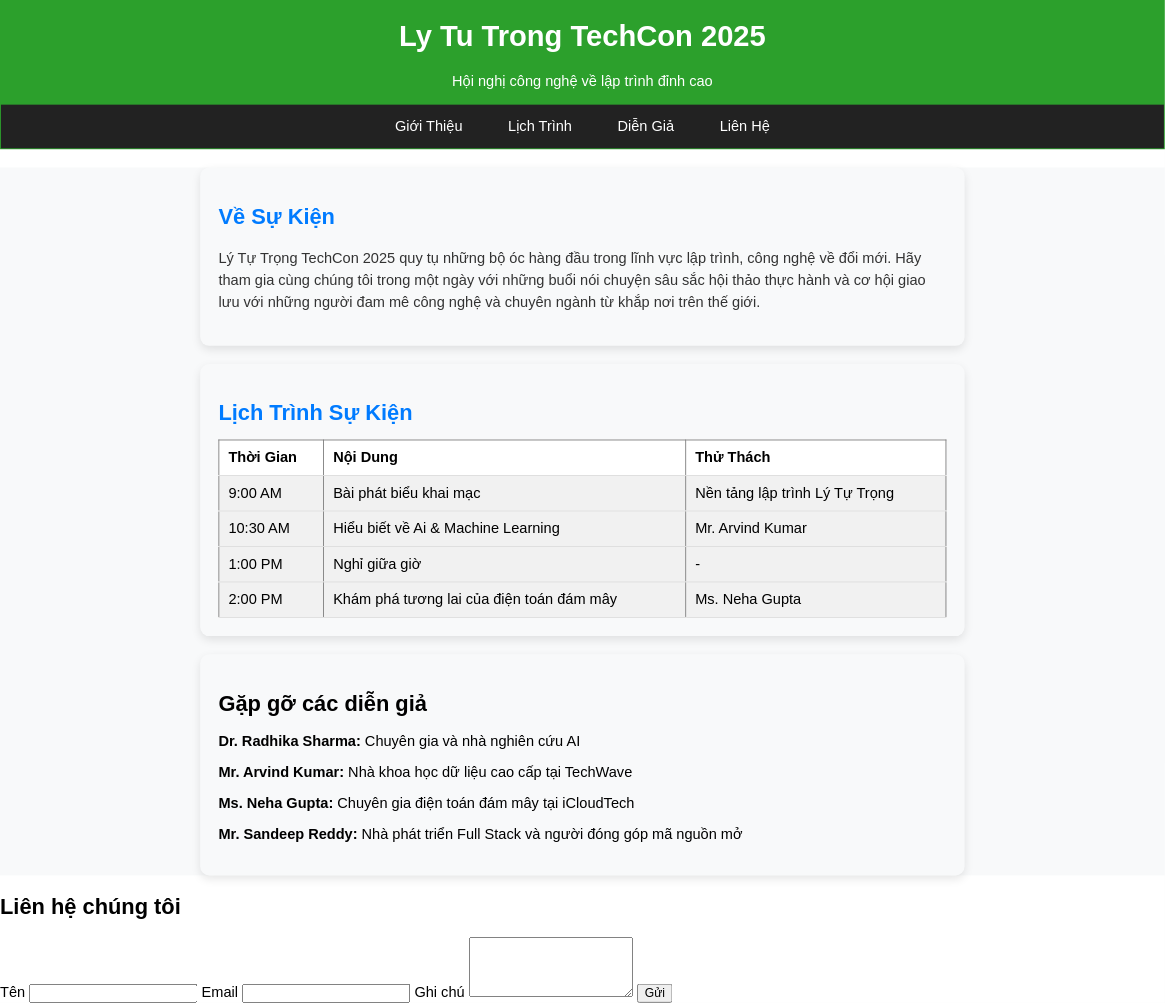
Repository: NhatMinh121/BaiTapVeNha1
Page: index.html
The author's editor kept a copy of each file at every save. The page is drawn from the files as they stood at one save, then again after the next save.
The browser window is 1280 px wide. The pictures show the whole page, at 91% of full size.

Above is the page before, as saved 2025-03-28 23:13:34.

After the next save:
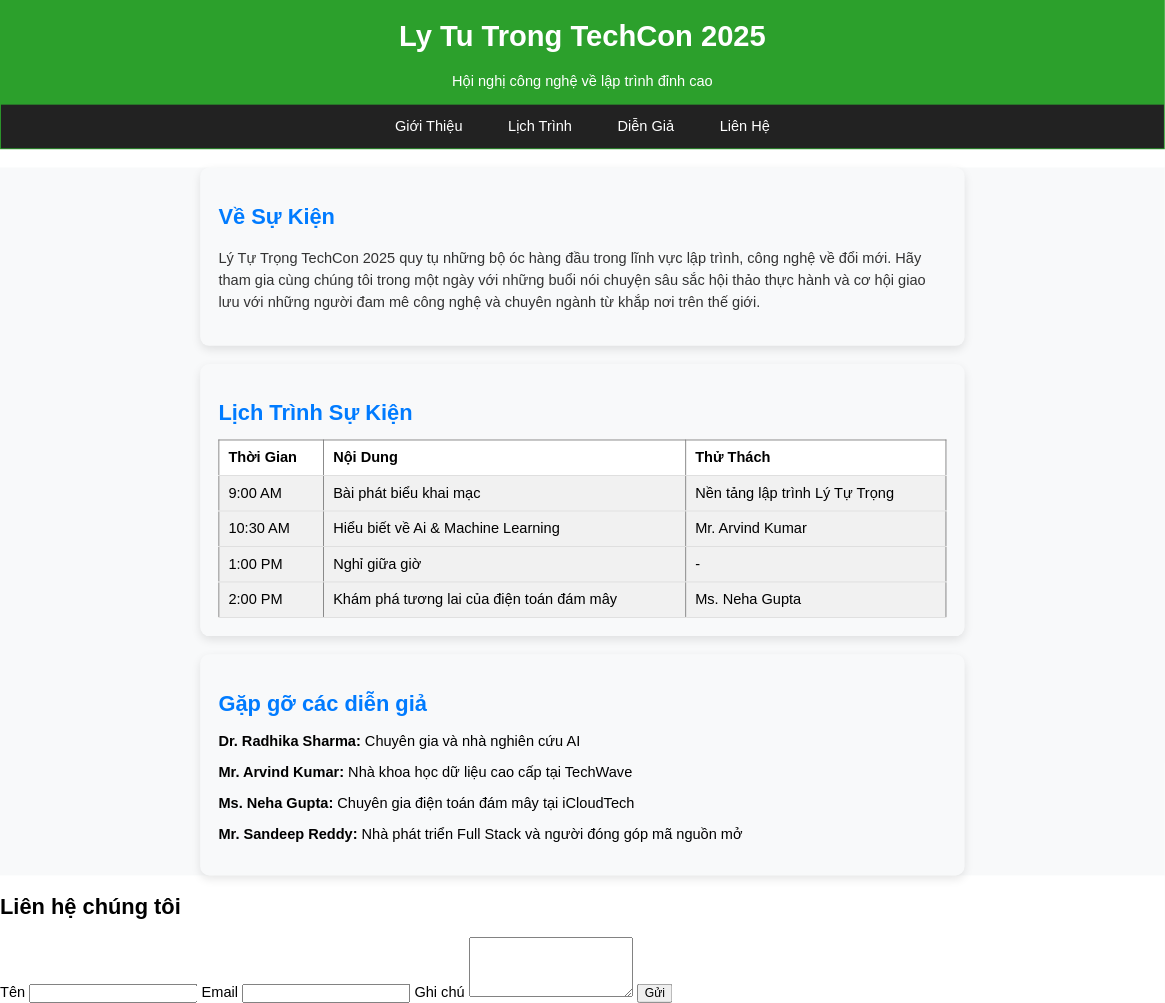
Saved 23 s later.
--- a/style.css
+++ b/style.css
@@ -116,3 +116,9 @@ tr:hover {
     max-width: 800px;
     margin: 20px auto;
 }
+
+.Meeting h2 {
+    color: #007bff;
+    font-size: 24px;
+    font-weight: bold;
+}
